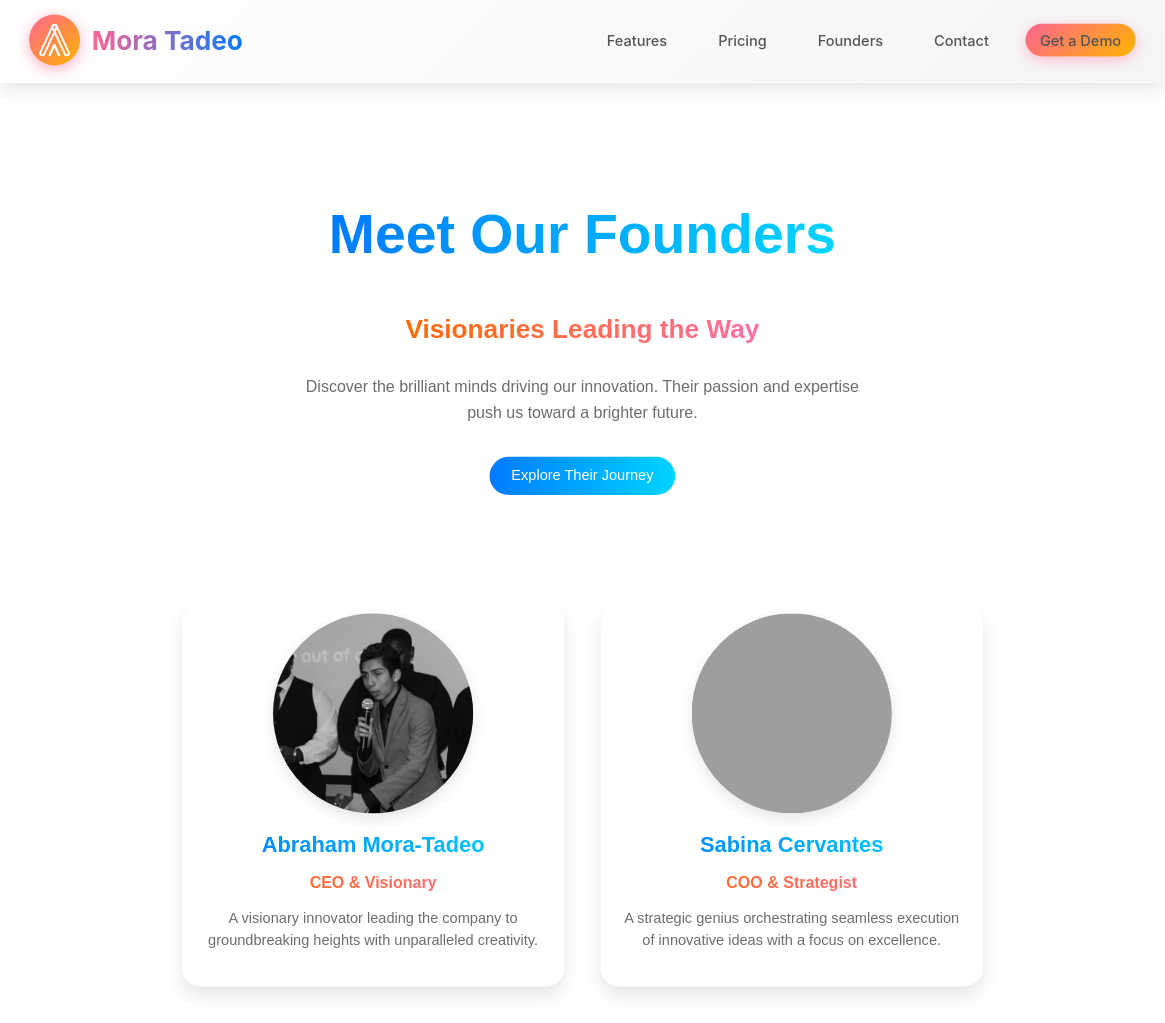
Repository: AbrahamM007/moratadeo
Page: /founders
An editor plug-in stored every save of this project. The page is shown before and after the next save, followed by the edit.
The browser window is 1280 px wide. The pictures show the whole page, at 91% of full size.
Pictures or frames that could not be fetched are drawn as grey boxes. The project was rebuilt for these pictures with package versions that can differ from the ones it lists, and the page was loaded fresh each time. Also part of the build but not shown: src/HeroSection.css, src/HeroSection.js, src/InfoSection.css, src/InfoSection.js, src/RoadmapSection.css, src/RoadmapSection.js, src/DesignPhaseSection.js, src/HeroBanner.js and 7 more.

Above is the page before, as saved 2025-01-12 22:46:42.

After the next save:
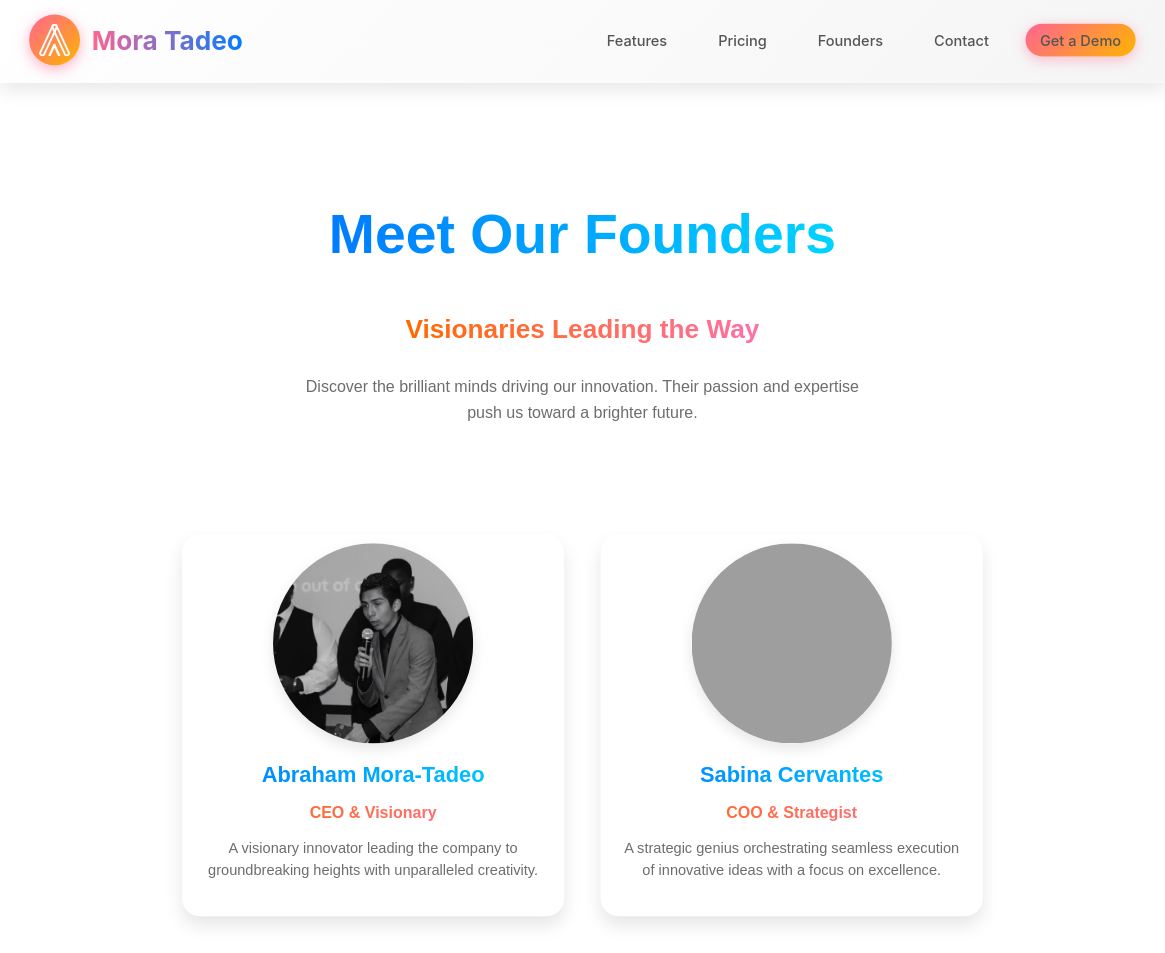
Saved 9 s later.
--- a/src/FoundersPage.js
+++ b/src/FoundersPage.js
@@ -32,7 +32,7 @@ const FoundersPage = () => {
           Discover the brilliant minds driving our innovation. Their passion and
           expertise push us toward a brighter future.
         </p>
-        <button className="hero-button">Explore Their Journey</button>
+
       </section>
 
       {/* Founders Section */}
